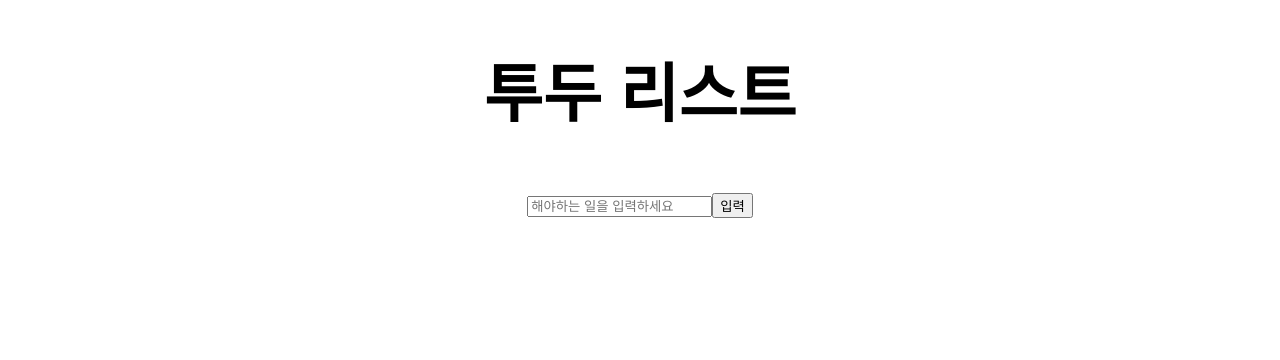
Repository: jun01270/Todo-List_React
Page: /
These files come from the project's save history. The page is drawn as it stood at one moment and after the next save; the edit follows.
The browser window is 1280 px wide. The pictures show the whole page.
The project was rebuilt for these pictures with package versions that can differ from the ones it lists, and the page was loaded fresh each time.

Above is the page before, as saved 2023-01-02 13:43:25.

### public/index.html
<!DOCTYPE html>
<html lang="en">
  <head>
    <meta charset="utf-8" />
    <link rel="preconnect" href="https://fonts.googleapis.com" />
    <link rel="preconnect" href="https://fonts.gstatic.com" crossorigin />
    <link
      href="https://fonts.googleapis.com/css2?family=Nanum+Pen+Script&display=swap"
      rel="stylesheet"
    />
    <meta name="viewport" content="width=device-width, initial-scale=1" />
    <meta name="theme-color" content="#000000" />
    <meta
      name="description"
      content="Web site created using create-react-app"
    />
    <link rel="apple-touch-icon" href="%PUBLIC_URL%/logo192.png" />
    <!--
      manifest.json provides metadata used when your web app is installed on a
      user's mobile device or desktop. See https://developers.google.com/web/fundamentals/web-app-manifest/
    -->
    <link rel="manifest" href="%PUBLIC_URL%/manifest.json" />
    <!--
      Notice the use of %PUBLIC_URL% in the tags above.
      It will be replaced with the URL of the `public` folder during the build.
      Only files inside the `public` folder can be referenced from the HTML.

      Unlike "/favicon.ico" or "favicon.ico", "%PUBLIC_URL%/favicon.ico" will
      work correctly both with client-side routing and a non-root public URL.
      Learn how to configure a non-root public URL by running `npm run build`.
    -->
    <title>React App</title>
  </head>
  <body>
    <noscript>You need to enable JavaScript to run this app.</noscript>
    <div id="root"></div>
    <!--
      This HTML file is a template.
      If you open it directly in the browser, you will see an empty page.

      You can add webfonts, meta tags, or analytics to this file.
      The build step will place the bundled scripts into the <body> tag.

      To begin the development, run `npm start` or `yarn start`.
      To create a production bundle, use `npm run build` or `yarn build`.
    -->
  </body>
</html>

### src/App.js
import "./App.css";
import Todo from "./todo";

function App() {
  return (
    <div className="todo">
      <Todo />
    </div>
  );
}

export default App;

### src/App.css
.todo {
  text-align: center;
  font-family: "Nanum Pen Script", cursive;
}

.todo-all {
  font-size: xx-large;
}

.todo-list {
}

.todo-title {
  font-family: "Nanum Pen Script", cursive;
}

.todo-Form {
}

.sub {
  margin-left: 5px;
}

### src/todo.js
import { useState } from "react";
import "./App.css";

function Todo() {
  const handleEvent = (event) => {
    setinputValue(event.target.value);
  };

  const [inputValue, setinputValue] = useState("");
  const [todoList, setTodoList] = useState([]);

  const addTodo = () => {
    console.log("I'm Todo", todoList);
    setTodoList(...todoList, inputValue);
  };

  return (
    <div className="todo">
      <div className="todo-all">
        <h1 className="todo-title">투두 리스트</h1>
        <div className="todo-list">
          <div className="todo-form">
            <input
              type="text"
              placeholder="해야하는 일을 입력하세요"
              onChange={handleEvent}
              value={inputValue}
            ></input>
            <button onClick={addTodo}>입력</button>
          </div>
        </div>
      </div>
    </div>
  );
}

export default Todo;

Loaded but not shown: src/index.js (common file); src/index.css (common file); src/reportWebVitals.js (common file)

After the next save:
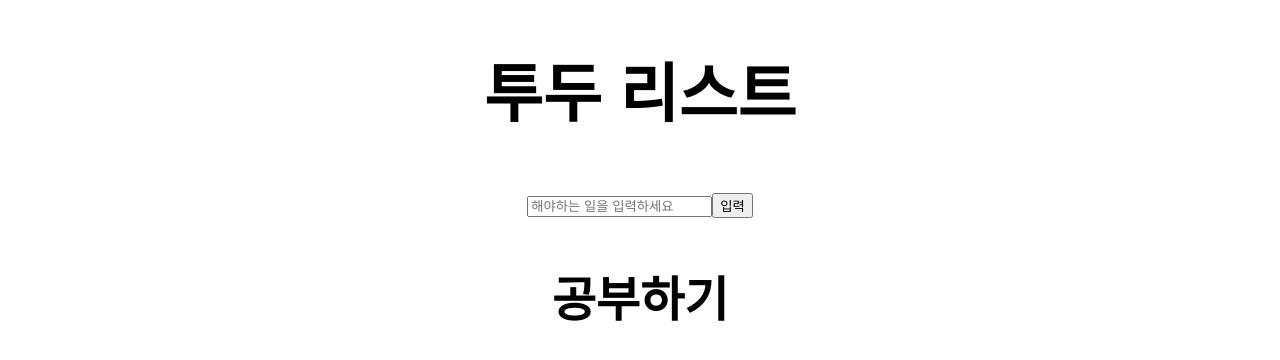
Saved 30 s later.
--- a/src/todo.js
+++ b/src/todo.js
@@ -28,6 +28,9 @@ function Todo() {
             ></input>
             <button onClick={addTodo}>입력</button>
           </div>
+          <div>
+            <h2>공부하기</h2>
+          </div>
         </div>
       </div>
     </div>
